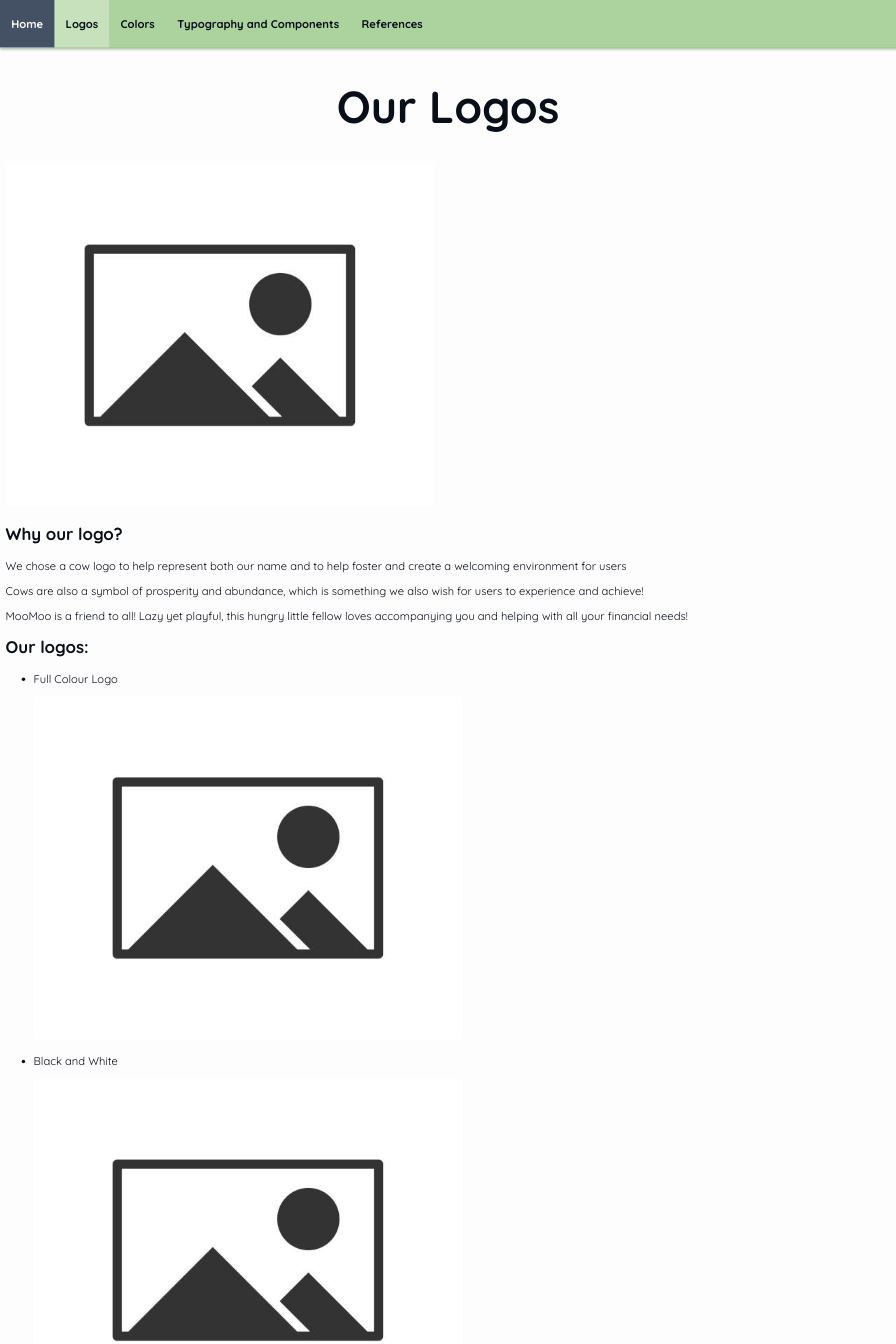
Repository: AlyssaHug/MoolahMate-A5Styleguide
Page: logos.html
The author's editor kept a copy of each file at every save. The page is drawn from the files as they stood at one save, then again after a run of saves.
The browser window is 1280 px wide. The pictures show the part of the page from y = 0 to 1920 px (the page is 10918 px tall before and 10914 px after), at 70% of full size.

Above is the page before, as saved 2025-03-31 09:41:56.

After the next 2 saves:
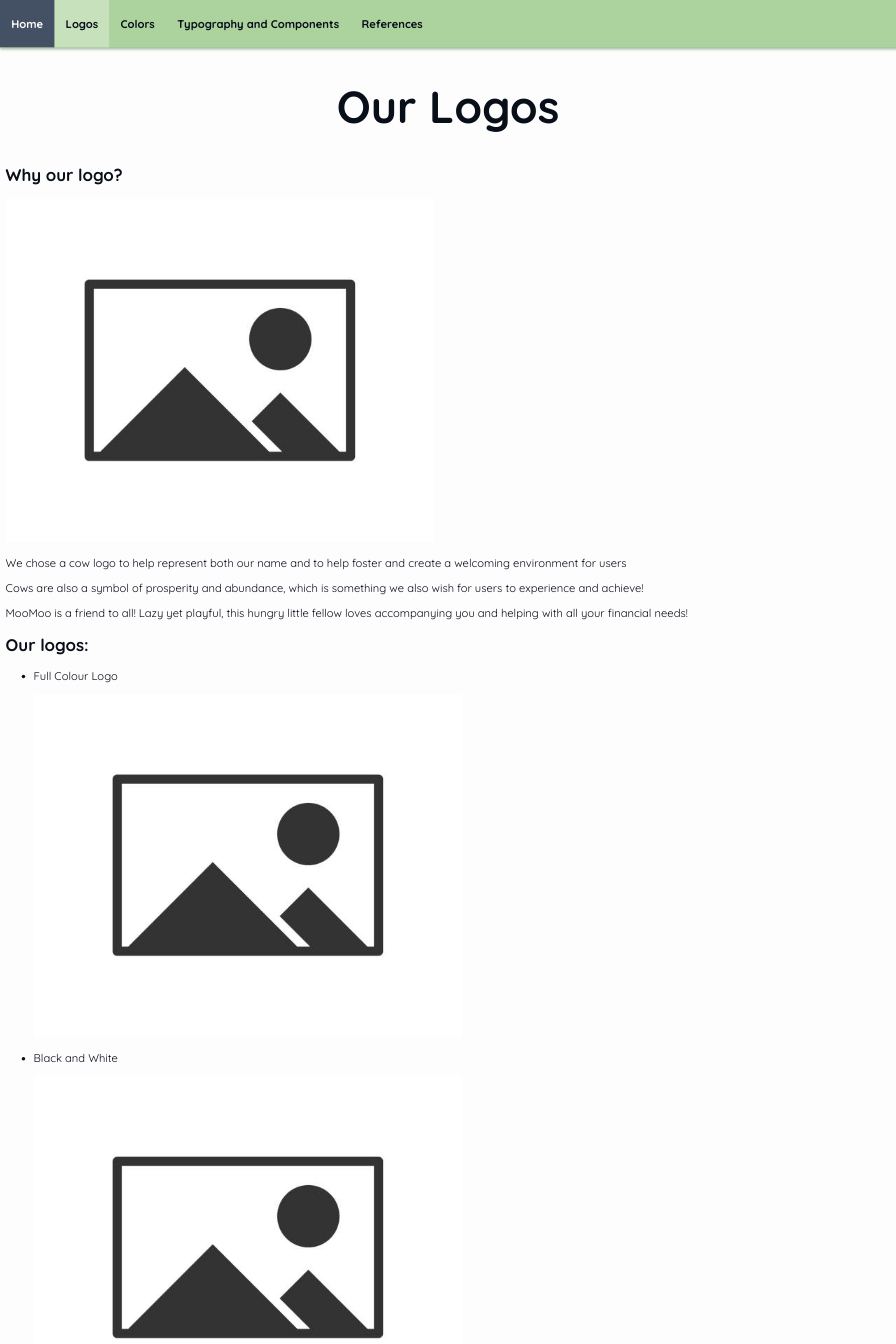
The 2 saves are shown as one change because they came seconds apart.
The last was saved 10 s later.
--- a/logos.html
+++ b/logos.html
@@ -21,8 +21,8 @@
 </head>
 <body class="page-content">
     <h1 class="page__title">Our Logos </h1>
+    <h2 class="rationale__title">Why our logo?</h2>
     <img class="title__image" src="images/placeholder.jpg" alt="">
-    <h2 class="rationale__title">Why our logo?</h2>
     <div class="rationale__why">
         <p class="rational__why-1">
             We chose a cow logo to help represent both our name and to help foster and create a welcoming environment for users </p>
